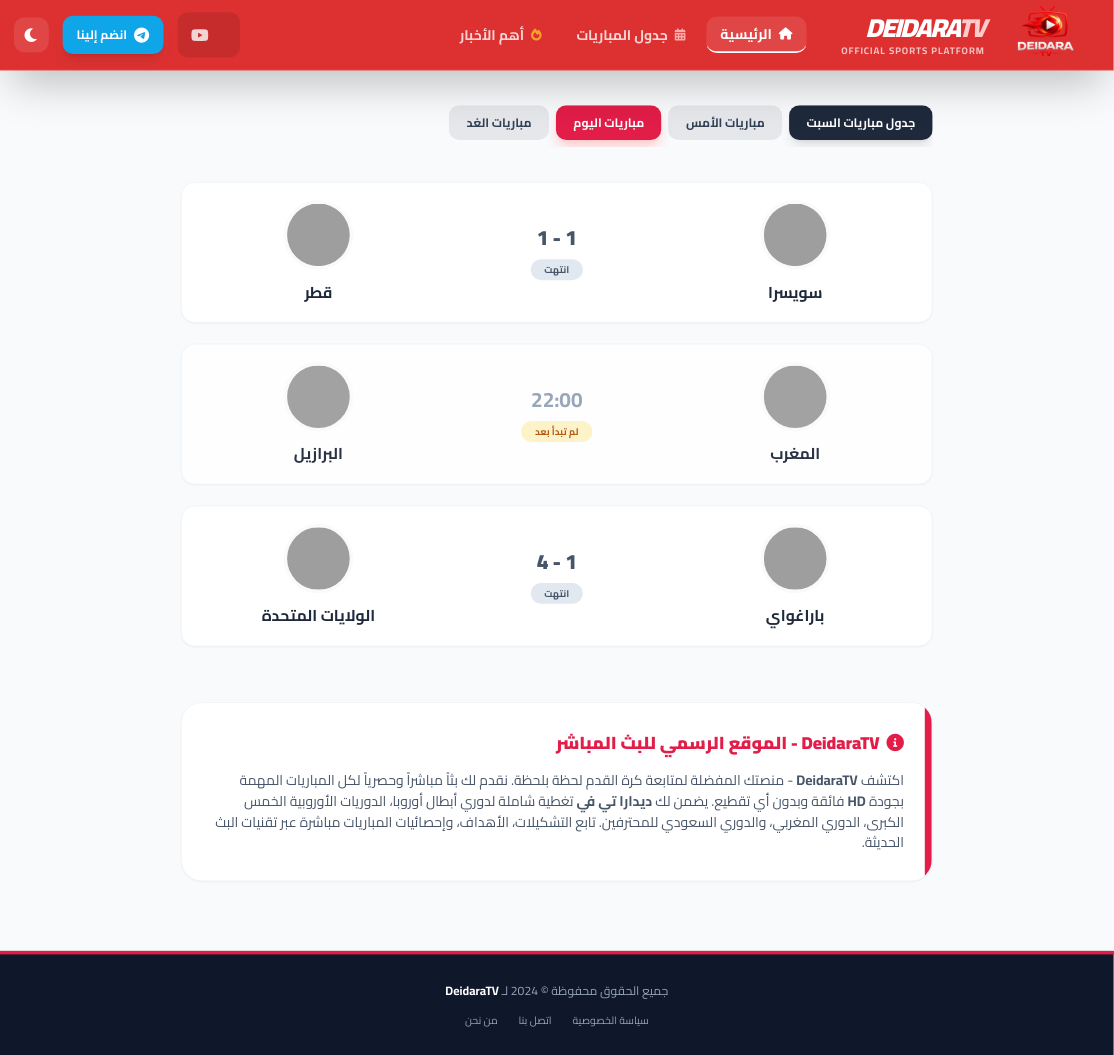
Repository: zakariax05/deidaraTV
Page: index.html
An editor plug-in stored every save of this project. The page is shown before and after the next save, followed by the edit.
The browser window is 1280 px wide. The pictures show the whole page, at 87% of full size.
Pictures or frames that could not be fetched are drawn as grey boxes. Some web libraries are served in a nearby version.

Above is the page before, as saved 2026-06-14 01:59:05.

### index.html
<!DOCTYPE html>
<html lang="ar" dir="rtl">

<head>
  <meta charset="UTF-8">
  <meta name="viewport" content="width=device-width, initial-scale=1.0">
  <title>DeidaraTV - ديدارا تي في | بث مباشر للمباريات</title>
  <script src="https://cdn.tailwindcss.com"></script>
  <link href="https://cdnjs.cloudflare.com/ajax/libs/font-awesome/6.0.0/css/all.min.css" rel="stylesheet">
  <style>
    @import url('https://fonts.googleapis.com/css2?family=Cairo:wght@400;600;700;900&display=swap');

    body {
      font-family: 'Cairo', sans-serif;
      background-color: #f8fafc;
    }

    .match-card {
      transition: all 0.3s ease;
    }

    .match-card:hover {
      transform: scale(1.01);
      box-shadow: 0 10px 20px -5px rgba(0, 0, 0, 0.1);
    }

    .bg-red-primary {
      background-color: #e11d48;
    }

    .text-red-primary {
      color: #e11d48;
    }

    .border-red-primary {
      border-color: #e11d48;
    }
  </style>
</head>

<body class="text-slate-800">

  <!-- Header / الهيدر -->
  <!-- الهيدر المطور للرئيسية - DeidaraTV -->
  <header
    class="bg-red-600 text-white shadow-2xl sticky top-0 z-[100] backdrop-blur-md bg-opacity-95 border-b border-white/10">
    <div class="container mx-auto px-4">
      <div class="flex justify-between items-center h-16 md:h-20">

        <!-- القسم الأيمن: الشعار والقائمة -->
        <div class="flex items-center gap-6 md:gap-10">
          <!-- اللوجو مع ميزة إعادة التحميل -->
          <div onclick="window.location.reload()"
            class="flex items-center gap-3 cursor-pointer group select-none transition-transform active:scale-95">
            <img src="imgs/logo-deidaratv.png" alt="DeidaraTV Logo"
              class="h-16 md:h-[120px] w-auto object-contain group-hover:brightness-110 transition-all">
            <div class="flex flex-col">
              <h1 class="text-xl md:text-3xl font-black italic tracking-tighter uppercase leading-none">
                Deidara<span class="text-red-200">TV</span>
              </h1>
              <span class="text-[9px] md:text-[11px] font-bold opacity-70 tracking-widest uppercase">Official
                Sports Platform</span>
            </div>
          </div>

          <!-- الروابط الأساسية (تظهر في الشاشات الكبيرة) -->
          <nav class="hidden lg:flex items-center gap-2">
            <a href="#"
              class="flex items-center gap-2 px-4 py-2 rounded-xl bg-white/10 hover:bg-white/20 transition-all font-bold border-b-2 border-white">
              <i class="fas fa-home text-sm"></i> الرئيسية
            </a>
            <a href="#"
              class="flex items-center gap-2 px-4 py-2 rounded-xl hover:bg-white/10 transition-all font-bold opacity-80 hover:opacity-100">
              <i class="fas fa-calendar-alt text-sm text-red-200"></i> جدول المباريات
            </a>
            <a href="#"
              class="flex items-center gap-2 px-4 py-2 rounded-xl hover:bg-white/10 transition-all font-bold opacity-80 hover:opacity-100">
              <i class="fas fa-fire text-sm text-amber-400"></i> أهم الأخبار
            </a>
          </nav>
        </div>

        <!-- القسم الأيسر: أيقونات التواصل والأدوات -->
        <div class="flex items-center gap-2 md:gap-4">

          <!-- أيقونات التواصل الاجتماعي بتنسيق أرقى -->
          <div class="hidden sm:flex items-center bg-black/10 rounded-xl px-2 py-1 gap-1">
            <a href="#" class="p-2 hover:bg-white/10 rounded-lg transition-colors text-white/80 hover:text-white"
              title="Twitter">
              <i class="fab fa-x-twitter text-lg"></i>
            </a>
            <a href="#" class="p-2 hover:bg-white/10 rounded-lg transition-colors text-white/80 hover:text-white"
              title="YouTube">
              <i class="fab fa-youtube text-lg"></i>
            </a>
          </div>

          <!-- زر تليجرام (مميز بلونه الخاص) -->
          <a href="#"
            class="bg-sky-500 hover:bg-sky-400 text-white p-2 md:px-4 md:py-2 rounded-xl transition-all shadow-lg flex items-center gap-2 font-bold text-sm">
            <i class="fab fa-telegram-plane text-lg"></i>
            <span class="hidden md:inline">انضم إلينا</span>
          </a>

          <!-- زر الوضع الليلي -->
          <button
            class="w-10 h-10 flex items-center justify-center rounded-xl bg-white/10 hover:bg-white/20 transition-colors">
            <i class="fas fa-moon text-lg"></i>
          </button>

          <!-- زر الموبايل -->
          <button class="lg:hidden w-10 h-10 flex items-center justify-center rounded-xl bg-white/10 hover:bg-white/20">
            <i class="fas fa-bars text-xl"></i>
          </button>
        </div>

      </div>
    </div>
  </header>

  <!-- Content / المحتوى الرئيسي -->
  <main class="container mx-auto px-4 max-w-4xl mt-10 pb-20">

    <!-- الأزرار العلوية -->
    <div class="flex flex-wrap justify-start gap-2 mb-10 overflow-x-auto pb-2">
      <button class="px-5 py-2.5 bg-slate-800 text-white rounded-xl text-sm font-bold whitespace-nowrap shadow-lg">جدول
        مباريات السبت</button>
      <button
        class="px-5 py-2.5 bg-gray-200 hover:bg-gray-300 text-slate-700 rounded-xl text-sm font-bold transition whitespace-nowrap">مباريات
        الأمس</button>
      <button
        class="px-5 py-2.5 bg-red-primary text-white rounded-xl text-sm font-bold shadow-lg shadow-red-200 whitespace-nowrap">مباريات
        اليوم</button>
      <button
        class="px-5 py-2.5 bg-gray-200 hover:bg-gray-300 text-slate-700 rounded-xl text-sm font-bold transition whitespace-nowrap">مباريات
        الغد</button>
    </div>

    <!-- قائمة المباريات -->
    <div class="space-y-6">

      <!-- مباراة مباشرة -->
      <div
        class="match-card bg-white rounded-2xl p-5 flex items-center justify-between border border-slate-100 shadow-sm">
        <div class="flex flex-col items-center w-1/3">
          <img src="https://flagcdn.com/w160/ch.png" alt="سويسرا"
            class="w-14 h-14 md:w-20 md:h-20 rounded-full object-cover border-4 border-slate-50 shadow-inner mb-3">
          <span class="font-bold text-sm md:text-lg">سويسرا</span>
        </div>

        <div class="flex flex-col items-center w-1/3">
          <div class="text-2xl font-black text-slate-600 mb-2">1 - 1</div>
          <span class="bg-slate-200 text-slate-600 text-[11px] px-4 py-1 rounded-full font-bold">انتهت</span>
        </div>

        <div class="flex flex-col items-center w-1/3">
          <img src="https://flagcdn.com/w160/qa.png" alt="قطر"
            class="w-14 h-14 md:w-20 md:h-20 rounded-full object-cover border-4 border-slate-50 shadow-inner mb-3">
          <span class="font-bold text-sm md:text-lg">قطر</span>
        </div>
      </div>

      <!-- مباراة المغرب (لم تبدأ) -->
      <!-- قمت بتغيير الـ div الأول إلى a وإضافة الرابط و cursor-pointer -->
      <a href="watching-page.html"
        class="match-card bg-white rounded-2xl p-5 flex items-center justify-between border border-slate-100 shadow-sm opacity-95 cursor-pointer hover:bg-slate-50 transition-all block">

        <!-- الفريق الأول -->
        <div class="flex flex-col items-center w-1/3">
          <img src="https://flagcdn.com/w160/ma.png" alt="المغرب"
            class="w-14 h-14 md:w-20 md:h-20 rounded-full object-cover border-4 border-slate-50 shadow-inner mb-3">
          <span class="font-bold text-sm md:text-lg text-slate-800">المغرب</span>
        </div>

        <!-- توقيت المباراة -->
        <div class="flex flex-col items-center w-1/3">
          <div class="text-2xl font-bold text-slate-400 mb-2">22:00</div>
          <span class="bg-amber-100 text-amber-700 text-[11px] px-4 py-1 rounded-full font-bold">لم تبدأ
            بعد</span>
        </div>

        <!-- الفريق الثاني -->
        <div class="flex flex-col items-center w-1/3">
          <img src="https://flagcdn.com/w160/br.png" alt="البرازيل"
            class="w-14 h-14 md:w-20 md:h-20 rounded-full object-cover border-4 border-slate-50 shadow-inner mb-3">
          <span class="font-bold text-sm md:text-lg text-slate-800">البرازيل</span>
        </div>
      </a>

      <!-- مباراة منتهية -->
      <div
        class="match-card bg-white rounded-2xl p-5 flex items-center justify-between border border-slate-100 shadow-sm bg-slate-50/50">
        <div class="flex flex-col items-center w-1/3">
          <img src="https://flagcdn.com/w160/py.png" alt="باراغواي"
            class="w-14 h-14 md:w-20 md:h-20 rounded-full object-cover border-4 border-slate-50 shadow-inner mb-3">
          <span class="font-bold text-sm md:text-lg">باراغواي</span>
        </div>

        <div class="flex flex-col items-center w-1/3">
          <div class="text-2xl font-black text-slate-600 mb-2">1 - 4</div>
          <span class="bg-slate-200 text-slate-600 text-[11px] px-4 py-1 rounded-full font-bold">انتهت</span>
        </div>

        <div class="flex flex-col items-center w-1/3">
          <img src="https://flagcdn.com/w160/us.png" alt="الولايات المتحدة"
            class="w-14 h-14 md:w-20 md:h-20 rounded-full object-cover border-4 border-slate-50 shadow-inner mb-3">
          <span class="font-bold text-sm md:text-lg">الولايات المتحدة</span>
        </div>
      </div>

    </div>

    <!-- SEO / قسم المعلومات -->
    <section
      class="mt-16 bg-white rounded-3xl p-8 border border-slate-100 shadow-sm leading-relaxed relative overflow-hidden">
      <div class="absolute top-0 right-0 w-2 h-full bg-red-primary"></div>
      <h2 class="text-red-primary font-black text-xl mb-4 flex items-center gap-2">
        <i class="fas fa-info-circle"></i> DeidaraTV - الموقع الرسمي للبث المباشر
      </h2>
      <p class="text-slate-600 text-sm md:text-base leading-8">
        اكتشف <strong>DeidaraTV</strong> - منصتك المفضلة لمتابعة كرة القدم لحظة بلحظة. نقدم لك بثاً مباشراً
        وحصرياً لكل المباريات المهمة بجودة <strong>HD</strong> فائقة وبدون أي تقطيع. يضمن لك <strong>ديدارا تي
          في</strong> تغطية شاملة لدوري أبطال أوروبا، الدوريات الأوروبية الخمس الكبرى، الدوري المغربي، والدوري
        السعودي للمحترفين. تابع التشكيلات، الأهداف، وإحصائيات المباريات مباشرة عبر تقنيات البث الحديثة.
      </p>
    </section>

  </main>

  <!-- Footer / الفوتر -->
  <footer class="bg-slate-900 text-slate-400 py-8 text-center border-t-4 border-red-primary">
    <div class="container mx-auto px-4">
      <p class="text-sm">جميع الحقوق محفوظة &copy; 2024 لـ <span class="text-white font-bold">DeidaraTV</span></p>
      <div class="flex justify-center gap-6 mt-4 text-xs">
        <a href="#" class="hover:text-white">سياسة الخصوصية</a>
        <a href="#" class="hover:text-white">اتصل بنا</a>
        <a href="#" class="hover:text-white">من نحن</a>
      </div>
    </div>
  </footer>

</body>

</html>

After the next save:
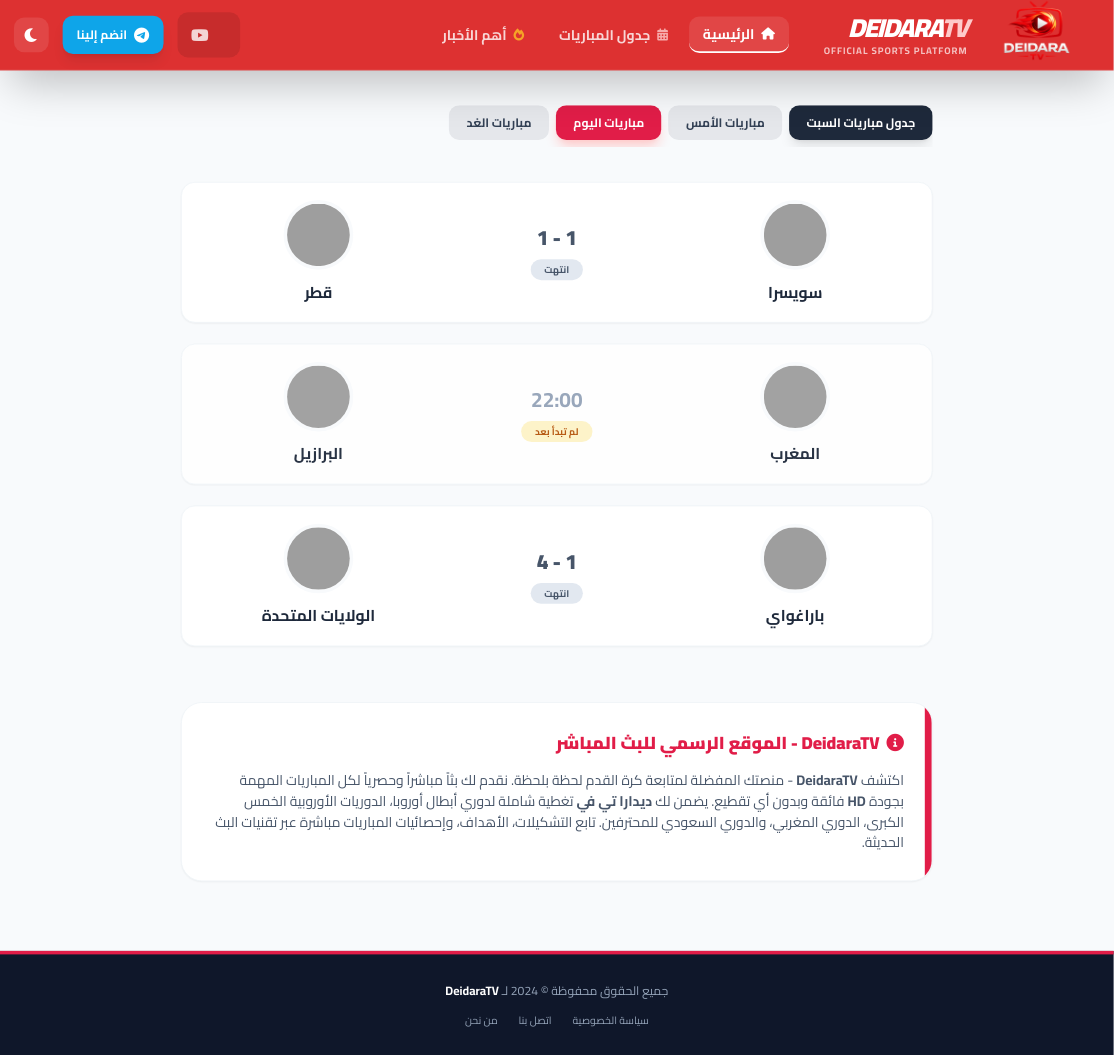
Saved 2 min 9 s later.
--- a/index.html
+++ b/index.html
@@ -53,7 +53,7 @@
           <div onclick="window.location.reload()"
             class="flex items-center gap-3 cursor-pointer group select-none transition-transform active:scale-95">
             <img src="imgs/logo-deidaratv.png" alt="DeidaraTV Logo"
-              class="h-16 md:h-[120px] w-auto object-contain group-hover:brightness-110 transition-all">
+              class="h-16 md:h-[140px] w-auto object-contain group-hover:brightness-110 transition-all">
             <div class="flex flex-col">
               <h1 class="text-xl md:text-3xl font-black italic tracking-tighter uppercase leading-none">
                 Deidara<span class="text-red-200">TV</span>
